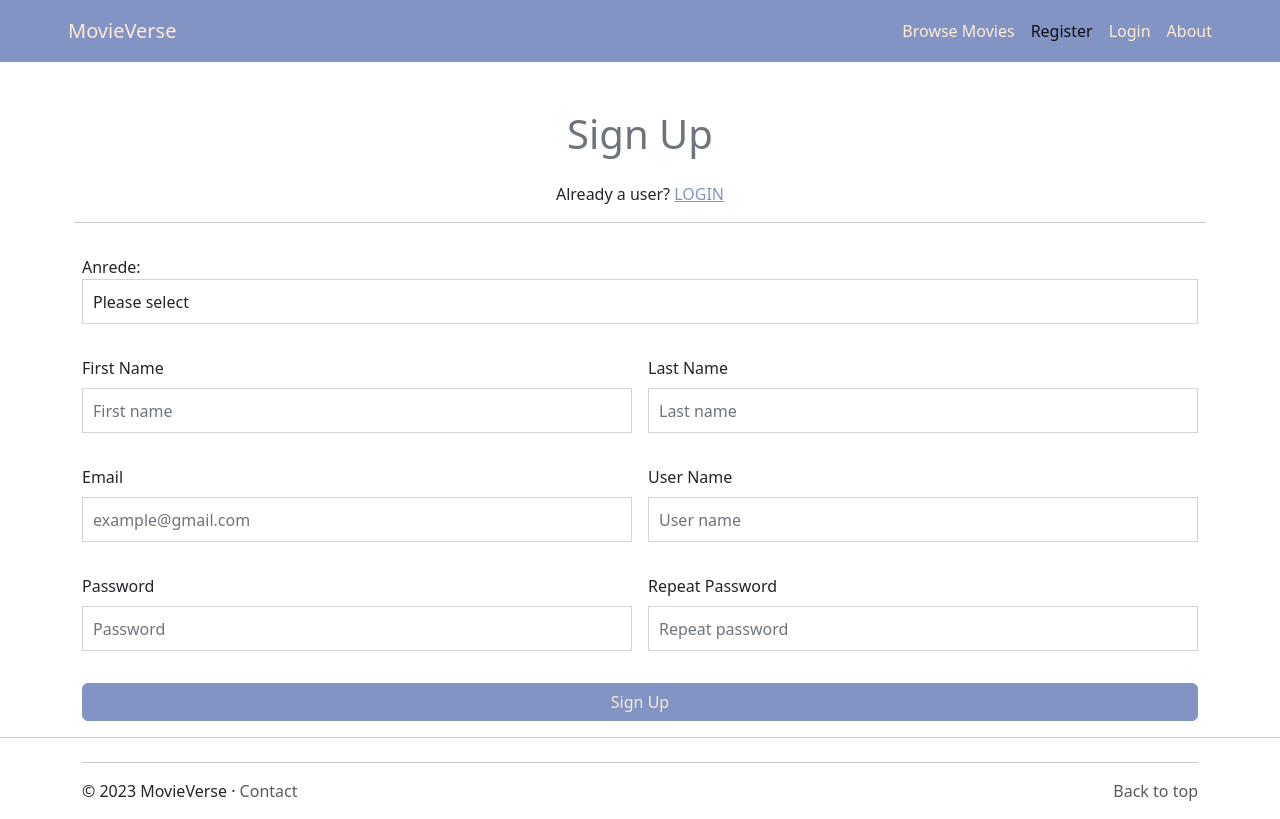
Repository: rafaelasantana/MovieVerse
Page: http://localhost/registration.php
These files come from the project's save history. The page is drawn as it stood at one moment and after the next save; the edit follows.
The browser window is 1280 px wide. The pictures show the whole page.
Some web libraries are served in a nearby version. The page is run by PHP 8.4 with error messages shown; the project is at /var/www/html/.

Above is the page before, as saved 2023-06-10 21:47:58.
Console error: TypeError: Cannot read properties of undefined (reading 'keyboard')

After the next save:
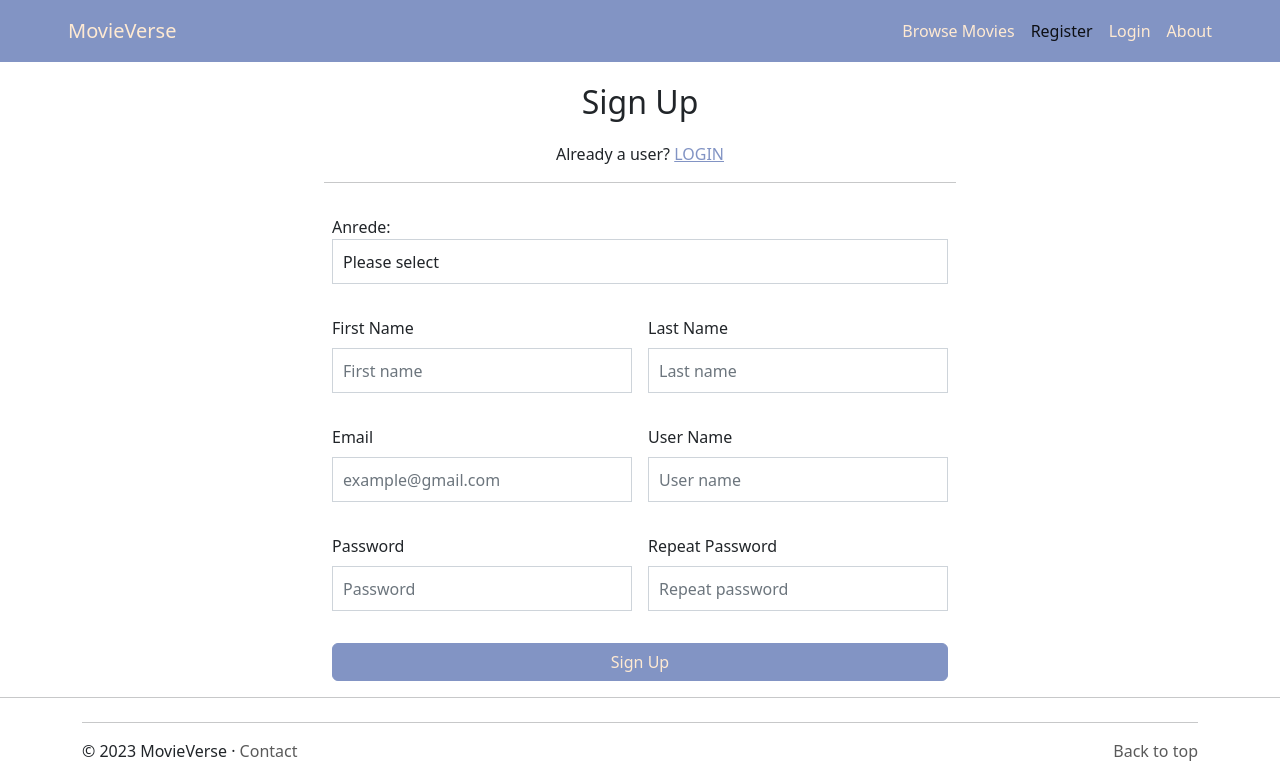
Saved 34 s later.
--- a/MovieVerse/registration.php
+++ b/MovieVerse/registration.php
@@ -98,20 +98,10 @@ if (!$error) {
 }
 ?>
 
-<br>
-<br>
-
-<div class="container col">
-  <!--
-  <form action="<?php echo htmlspecialchars($_SERVER["PHP_SELF"]); ?>" method="POST" class="row g-3 needs-validation" novalidate> -->
-  <!-- testing with includes/ logic -->
+<div class="container col-xs-10 col-lg-6 mt-3">
   <form action="includes/registration.inc.php" method="POST" class="row g-3 needs-validation" novalidate>
-
-    <h1 class="text-center text-muted ">Sign Up</h1>
-
-    <br>
-
-    <div class="text"> Already a user? <a href="login.php" style="color:#8294C4"> LOGIN </a></div>
+    <div class="fs-2 mt-3 text-center">Sign Up</div>
+    <div class="text-center">Already a user? <a href="login.php" style="color:#8294C4"> LOGIN</a></div>
 
     <hr>
 
